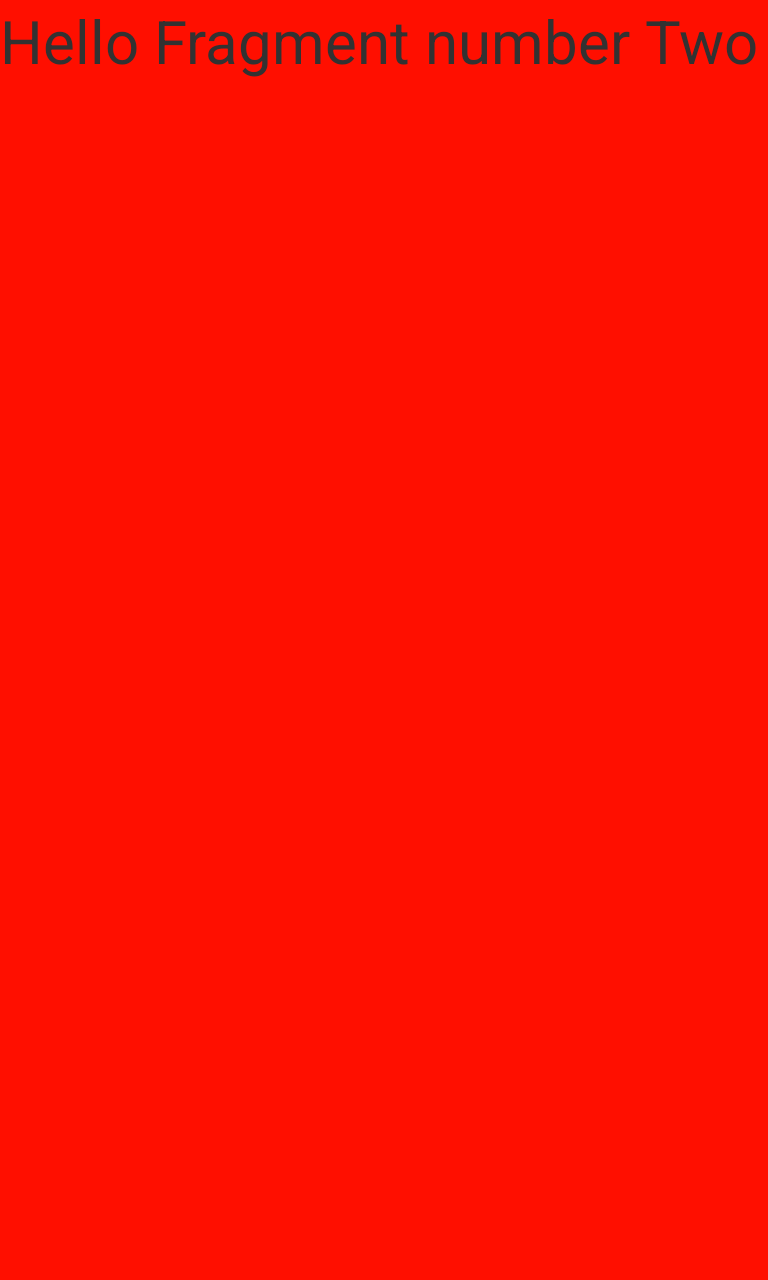
Repository: yashmoda/Android-Practice
Layout: FragmentExample1/res/layout/fragment_fragment_two.xml
These files come from the project's save history. The layout is drawn as it stood at one moment and after the next save; the edit follows.
It is drawn on a 768 x 1280 px phone screen (xhdpi) without system bars, with theme AppTheme; the app's code is not run.

Above is the layout before, as saved 2017-06-15 11:02:43.

After the next save:
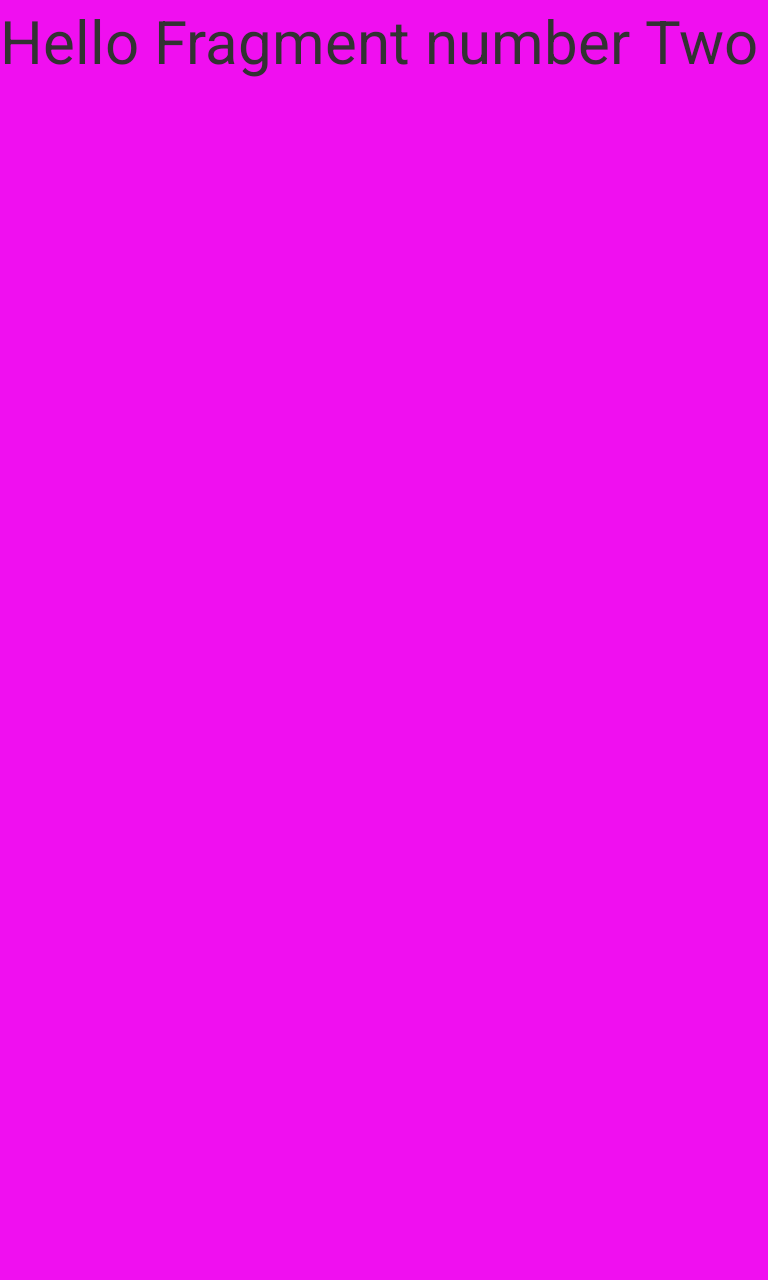
Saved 18 s later.
--- a/FragmentExample1/res/layout/fragment_fragment_two.xml
+++ b/FragmentExample1/res/layout/fragment_fragment_two.xml
@@ -2,7 +2,7 @@
 <FrameLayout xmlns:android="http://schemas.android.com/apk/res/android"
     android:layout_width="match_parent"
     android:layout_height="match_parent"
-     android:background="#ff0f00">
+     android:background="#f00ff0">
 
     <TextView
         android:id="@+id/textView1"
